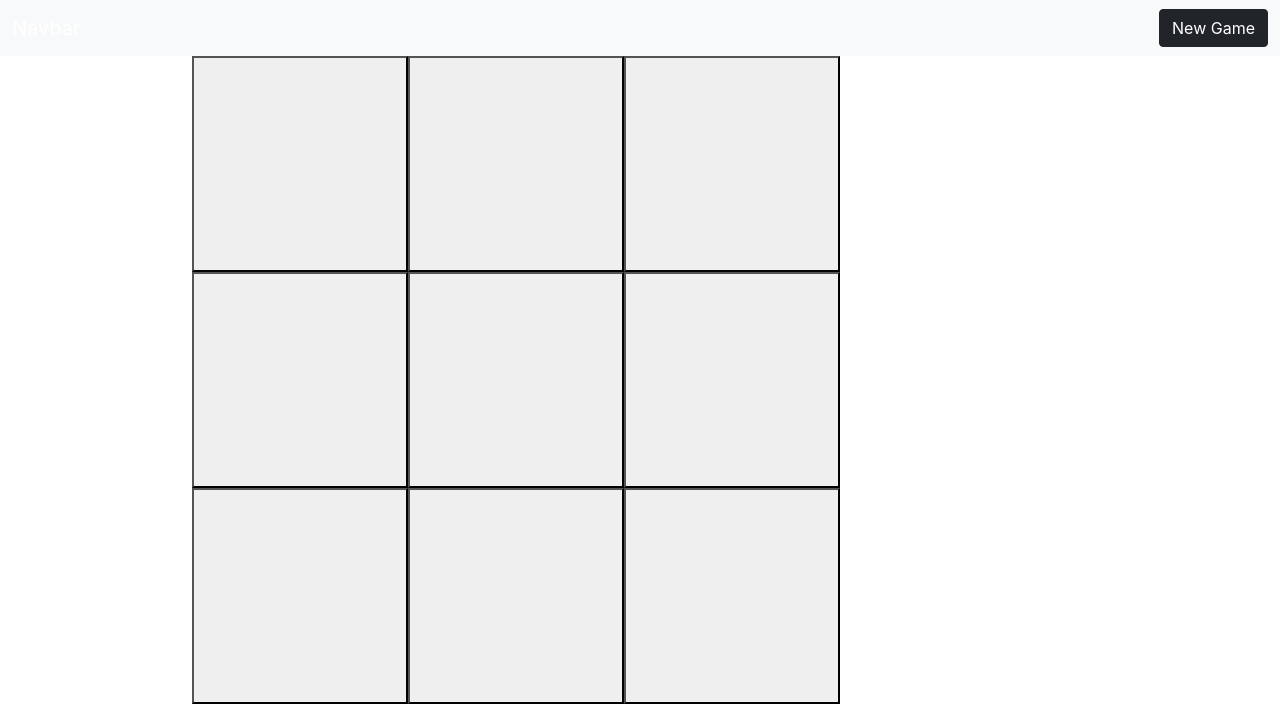
Repository: napan24/tic-tac-toe
Page: /
These files come from the project's save history. The page is drawn as it stood at one moment and after the next save; the edit follows.
The browser window is 1280 px wide. The pictures show the whole page.
The project was rebuilt for these pictures with package versions that can differ from the ones it lists, and the page was loaded fresh each time. Also part of the build but not shown: src/App.css.

Above is the page before, as saved 2022-06-15 12:49:22.

### public/index.html
<!DOCTYPE html>
<html lang="en">
  <head>
    <meta charset="utf-8" />
    <link rel="icon" href="%PUBLIC_URL%/favicon.ico" />
    <meta name="viewport" content="width=device-width, initial-scale=1" />
    <meta name="theme-color" content="#000000" />
    <meta
      name="description"
      content="Web site created using create-react-app"
    />
    <link rel="apple-touch-icon" href="%PUBLIC_URL%/logo192.png" />
    <!--
      manifest.json provides metadata used when your web app is installed on a
      user's mobile device or desktop. See https://developers.google.com/web/fundamentals/web-app-manifest/
    -->
    <link rel="manifest" href="%PUBLIC_URL%/manifest.json" />
    <!--
      Notice the use of %PUBLIC_URL% in the tags above.
      It will be replaced with the URL of the `public` folder during the build.
      Only files inside the `public` folder can be referenced from the HTML.

      Unlike "/favicon.ico" or "favicon.ico", "%PUBLIC_URL%/favicon.ico" will
      work correctly both with client-side routing and a non-root public URL.
      Learn how to configure a non-root public URL by running `npm run build`.
    -->
    <link href="https://cdn.jsdelivr.net/npm/bootstrap@5.1.3/dist/css/bootstrap.min.css" rel="stylesheet" integrity="sha384-1BmE4kWBq78iYhFldvKuhfTAU6auU8tT94WrHftjDbrCEXSU1oBoqyl2QvZ6jIW3" crossorigin="anonymous">
    <script src="https://cdn.jsdelivr.net/npm/bootstrap@5.1.3/dist/js/bootstrap.bundle.min.js" integrity="sha384-ka7Sk0Gln4gmtz2MlQnikT1wXgYsOg+OMhuP+IlRH9sENBO0LRn5q+8nbTov4+1p" crossorigin="anonymous"></script>
    <title>React App</title>
  </head>
  <body>
    <noscript>You need to enable JavaScript to run this app.</noscript>
    <div id="root"></div>
    <!--
      This HTML file is a template.
      If you open it directly in the browser, you will see an empty page.

      You can add webfonts, meta tags, or analytics to this file.
      The build step will place the bundled scripts into the <body> tag.

      To begin the development, run `npm start` or `yarn start`.
      To create a production bundle, use `npm run build` or `yarn build`.
    -->
  </body>
</html>

### src/App.js
import { useEffect } from 'react';
import logo from './logo.svg';
import './App.css';
import { FontAwesomeIcon } from '@fortawesome/react-fontawesome';
import { faXmark } from '@fortawesome/free-solid-svg-icons';
import { faCircle } from '@fortawesome/free-regular-svg-icons';
import './tik.css';
import { useState } from 'react';
import cross from './cross.jpeg';
import circle from './circle.png';
/* <FontAwesomeIcon icon={faXmark} size="5x" /> */
/* <FontAwesomeIcon icon={faCircle} size="5x"/> */

// const cl=event.currentTarget.id;
// const el = document.getElementById(cl);
// el.append(a);
function App() {
  const [board, setBoard] = useState([[" ", " ", " "], [" ", " ", " "], [" ", " ", " "]]);
  const [curr, setCurr] = useState(false);
  const [row, setRow] = useState(0);
  const [col, setCol] = useState(0);
  const [win, setWin] = useState(false);
  const [winner, setWinner] = useState("");
  function update(r, c) {
    setBoard((prevstate) => {
      let newBoard = [...prevstate];
      newBoard[r][c] = curr ? "/" : "+";
      return newBoard;
    });
    setRow(r);
    setCol(c);
  }
  useEffect(() => {
    func();
  }, [row, col]);
  useEffect(() => {
    if (win == true) {
      document.getElementById("win").style.display = "inline";
    }
  }, [win]);

  function func() {
    if (board[row][col] === " ") {
      return;
    }
    let count = 0;
    let i = row;
    while (i < 3) {
      if (board[i][col] == board[row][col]) {
        count++;
      }
      i++;
    }
    if (count == 3) {
      setWinner(board[row][col]);
      setWin(true);
      return;
    }
    count--;
    i = row;
    while (i >= 0) {
      if (board[i][col] == board[row][col]) {
        count++;
      }
      i--;
    }
    if (count == 3) {
      setWinner(board[row][col]);
      setWin(true);
      return;
    }
    let j = col;
    count = 0;
    while (j < 3) {
      if (board[row][j] == board[row][col]) {
        count++;
      }
      j++;
    }
    if (count == 3) {
      setWinner(board[row][col]);
      setWin(true);
      return;
    }
    count--;
    j = col;
    while (j >= 0) {
      if (board[row][j] == board[row][col]) {
        count++;
      }
      j--;
    }
    if (count == 3) {
      setWinner(board[row][col]);
      setWin(true);
      return;
    }
    count = 0;
    i = row;
    j = col;
    while (i >= 0 && j >= 0) {
      if (board[i][j] == board[row][col]) {
        count++;
      }
      i--;
      j--;
    }
    if (count == 3) {
      setWinner(board[row][col]);
      setWin(true);
      return;
    }
    count--;
    i = row;
    j = col;
    while (i < 3 && j < 3) {
      if (board[i][j] == board[row][col]) {
        count++;
      }
      i++;
      j++;
    }
    if (count == 3) {
      setWinner(board[row][col]);
      setWin(true);
      return;
    }
    count = 0;
    i = row;
    j = col;
    while (i >= 0 && j < 3) {
      if (board[i][j] == board[row][col]) {
        count++;
      }
      i--;
      j++;
    }
    if (count == 3) {
      setWinner(board[row][col]);
      setWin(true);
      return;
    }
    count--;
    i = row;
    j = col;
    while (i < 3 && j >= 0) {
      if (board[i][j] == board[row][col]) {
        count++;
      }
      i++;
      j--;
    }
    if (count == 3) {
      setWinner(board[row][col]);
      setWin(true);
      return;
    }
  }
  function Clear() {
    setWin(false);
    setWinner("");
    setBoard([[" ", " ", " "], [" ", " ", " "], [" ", " ", " "]]);
    document.getElementById("r3column1").style.background = "none";
    document.getElementById("r3column2").style.background = "none";
    document.getElementById("r3column3").style.background = "none";
    document.getElementById("r2column1").style.background = "none";
    document.getElementById("r2column2").style.background = "none";
    document.getElementById("r2column3").style.background = "none";
    document.getElementById("r1column1").style.background = "none";
    document.getElementById("r1column2").style.background = "none";
    document.getElementById("r1column3").style.background = "none";
    document.getElementById("win").style.display = "none";
  }
  const handleClick = event => {
    if (win == true) {
      return;
    }
    const cl = event.currentTarget.id;
    document.getElementById(cl).style.background = curr ? "url(" + cross + ")" : "url(" + circle + ")";
    document.getElementById(cl).style.backgroundSize = "cover";
    document.getElementById(cl).style.backgroundRepeat = "no-repeat";
    let a;
    if (cl == "r1column1") {
      update(0, 0);
    }
    if (cl == "r1column2") {
      update(0, 1);
    }
    if (cl == "r1column3") {
      update(0, 2);
    }
    if (cl == "r2column1") {
      update(1, 0);
    }
    if (cl == "r2column2") {
      update(1, 1);
    }
    if (cl == "r2column3") {
      update(1, 2);
    }
    if (cl == "r3column1") {
      update(2, 0);
    }
    if (cl == "r3column2") {
      update(2, 1);
    }
    if (cl == "r3column3") {
      update(2, 2);
    }
    setCurr(!curr);
  };
  const box = {
    height: "30vmin",
    width: "30vmin"
  }
  return (
    <>
      <nav class="navbar navbar-dark bg-light">
        <div class="container-fluid">
          <a class="navbar-brand">Navbar</a>
          <button onClick={Clear} type="button" class="btn btn-dark">New Game</button>
        </div>
      </nav>

      <div id="mainblock">
        <div id="win" class="alert alert-success" style={{ display: "none", position: "absolute", left: "50%" }} role="alert">
          {curr ? <FontAwesomeIcon icon={faCircle} size="3x" /> : <FontAwesomeIcon icon={faXmark} size="2x" />}
          <span style={{ fontSize: "24px" }}> &nbsp; is the winner</span>
        </div>
        <div id="row1" style={{ display: "flex", justifyContent: "center", alignContent: "center" }}>
          <button id="r1column1" onClick={handleClick} style={box}></button>
          <button id="r1column2" onClick={handleClick} style={box}></button>
          <button id="r1column3" onClick={handleClick} style={box}></button>
        </div>
        <div id="row2" style={{ zIndex: "2", display: "flex", justifyContent: "center", alignContent: "center" }}>
          <button id="r2column1" onClick={handleClick} style={box}></button>
          <button id="r2column2" onClick={handleClick} style={box}></button>
          <button id="r2column3" onClick={handleClick} style={box}></button>
        </div>
        <div id="row" style={{ display: "flex", justifyContent: "center", alignContent: "center" }}>
          <button id="r3column1" onClick={handleClick} style={box}></button>
          <button id="r3column2" onClick={handleClick} style={box}></button>
          <button id="r3column3" onClick={handleClick} style={box}></button>
        </div>
      </div>
      <div>
      </div>
    </>
  );
}

export default App;

### src/tik.css
@media (max-width:500px) {
    #mainblock{
        position:relative;
        left:2vw;
        display: inline-block;
    }
}
@media (max-width:2560px) and (min-width:1601px){
    #mainblock{
        position: relative;
        left:30vw;
        display: inline-block;
    }
}
@media (max-width:1600px) and (min-width:1301px){
    #mainblock{
        position: relative;
        left:25vw;
        display: inline-block;
    }
}
@media (max-width:1300px) and (min-width:1175px){
    #mainblock{
        position: relative;
        left:15vw;
        display: inline-block;
    }
}
@media (max-width:1174px) and (min-width:901px){
    #mainblock{
        position: relative;
        left:8vw;
        display: inline-block;
    }
}
@media (max-width:900px) and (min-width:501px){
    #mainblock{
        position: relative;
        left:5vw;
        display: inline-block;
    }
}

Loaded but not shown: src/index.js (common file); src/index.css (common file); src/reportWebVitals.js (common file)

After the next save:
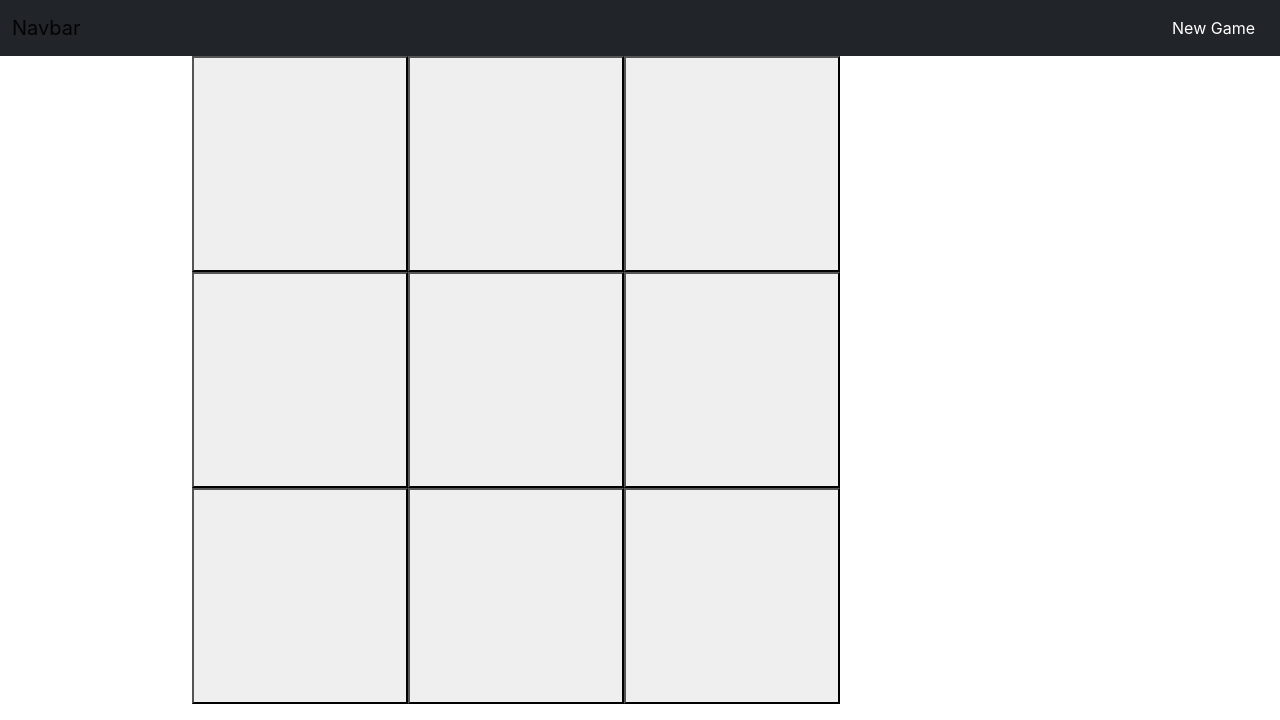
Saved 6 s later.
--- a/src/App.js
+++ b/src/App.js
@@ -215,7 +215,7 @@ function App() {
   }
   return (
     <>
-      <nav class="navbar navbar-dark bg-light">
+      <nav class="navbar navbar-light bg-dark">
         <div class="container-fluid">
           <a class="navbar-brand">Navbar</a>
           <button onClick={Clear} type="button" class="btn btn-dark">New Game</button>
